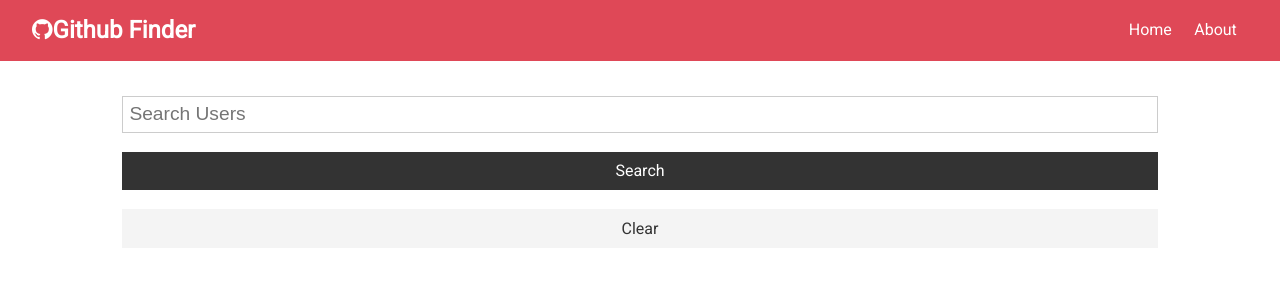
Repository: hemxnt-saini/GitProfile-Visualizer
Page: /
The author's editor kept a copy of each file at every save. The page is drawn from the files as they stood at one save, then again after the next save.
The browser window is 1280 px wide. The pictures show the whole page.
The project was rebuilt for these pictures with package versions that can differ from the ones it lists, and the page was loaded fresh each time. Also part of the build but not shown: next.config.js, src/components/users/UserItem.js, src/components/repos/RepoItem.js, src/components/repos/Repos.js, src/components/users/User.js, src/components/layout/Alert.js, src/components/pages/About.js.

Above is the page before, as saved 2020-07-29 17:27:40.

### public/index.html
<!DOCTYPE html>
<html lang="en">
  <head>
    <meta charset="utf-8" />
    <link rel="icon" href="%PUBLIC_URL%/favicon.ico" />
    <meta name="viewport" content="width=device-width, initial-scale=1" />
    <meta name="theme-color" content="#000000" />
    <meta
      name="description"
      content="Web site created using create-react-app"
    />
    <link rel="apple-touch-icon" href="%PUBLIC_URL%/logo192.png" />

    <link rel="manifest" href="%PUBLIC_URL%/manifest.json" />
    <link
      rel="stylesheet"
      href="https://stackpath.bootstrapcdn.com/font-awesome/4.7.0/css/font-awesome.min.css"
    />
    <title>React App</title>
  </head>
  <body>
    <noscript>You need to enable JavaScript to run this app.</noscript>
    <div id="root"></div>
  </body>
</html>

### src/App.js
import React, { Component, Fragment } from "react";
import "./App.css";
import { BrowserRouter as Router, Switch, Route } from "react-router-dom";
import Navbar from "./components/layout/Navbar";
import Users from "./components/users/Users";
import User from "./components/users/User";
import Search from "./components/users/Search";
import Alert from "./components/layout/Alert";
import About from "./components/pages/About";
import axios from "axios";
class App extends Component {
  state = {
    users: [],
    user: {},
    repos: [],
    loading: false,
    alert: null,
  };
  searchUsers = async (text) => {
    this.setState({ loading: true });
    const res = await axios.get(
      `https://api.github.com/search/users?q=${text}&cliend_id=${process.env.REACT_APP_GITHUB_CLIENT_ID}&client_secret=${process.env.REACT_APP_GITHUB_CLIENT_SECRET}`
    );
    this.setState({
      users: res.data.items,
      loading: false,
    });
  };

  clearUsers = () => {
    this.setState({
      users: [],
    });
  };

  setAlert = (msg, type) => {
    this.setState({ alert: { msg, type } });

    setTimeout(() => this.setState({ alert: null }), 5000);
  };

  getUser = async (username) => {
    const res = await axios.get(`https://api.github.com/users/${username}`);
    this.setState({ user: res.data });
  };

  getUserRepos = async (username) => {
    const res = await axios.get(
      `https://api.github.com/users/${username}/repos?per_page=5&sort=created:asc`
    );
    this.setState({ repos: res.data });
  };

  render() {
    return (
      <Router>
        <div className='App'>
          <Navbar title='Github Finder' />
          <div className='container'>
            <Alert alert={this.state.alert} />
            <Switch>
              <Route
                exact
                path='/'
                render={(props) => (
                  <Fragment>
                    <Search
                      searchUsers={this.searchUsers}
                      clearUsers={this.clearUsers}
                      showClear={this.state.users.length > 0 ? true : false}
                      setAlert={this.setAlert}
                    />
                    <Users
                      users={this.state.users}
                      loading={this.state.loading}
                    />
                  </Fragment>
                )}
              />
              <Route exact path='/about' component={About} />
              <Route
                exact
                path='/user/:login'
                render={(props) => (
                  <User
                    {...props}
                    getUser={this.getUser}
                    getUserRepos={this.getUserRepos}
                    repos={this.state.repos}
                    user={this.state.user}
                  />
                )}
              />
            </Switch>
          </div>
        </div>
      </Router>
    );
  }
}

export default App;

### src/components/layout/Navbar.js
import React from "react";
import { Link } from "react-router-dom";
function Navbar(props) {
  return (
    <nav className='navbar bg-primary '>
      <h1>
        <i className='fa fa-github'></i>
        {props.title}
      </h1>
      <ul>
        <li>
          <Link to='/'>Home</Link>
        </li>
        <li>
          <Link to='/about'>About</Link>
        </li>
      </ul>
    </nav>
  );
}

export default Navbar;

### src/components/users/Users.js
import React, { Component } from "react";
import UserItem from "./UserItem";

class Users extends Component {
  render() {
    return (
      <div style={userStyle}>
        {this.props.users.map((user) => (
          <UserItem key={user.id} user={user} />
        ))}
      </div>
    );
  }
}

const userStyle = {
  display: "grid",
  gridTemplateColumns: "repeat(3,1fr)",
  gridGap: "1rem",
};

export default Users;

### src/components/users/Search.js
import React, { Component } from "react";

class Search extends Component {
  state = {
    text: "",
  };

  onChange = (e) => {
    this.setState({
      text: e.target.value,
    });
  };

  onSubmit = (e) => {
    e.preventDefault();

    if (this.state.text === "") {
      this.props.setAlert("Please Enter Something..!!", "light");
    } else {
      this.props.searchUsers(this.state.text);
      this.setState({
        text: "",
      });
    }
  };

  render() {
    return (
      <div>
        <form onSubmit={this.onSubmit} className='form'>
          <input
            type='text'
            name='text'
            placeholder='Search Users'
            value={this.state.text}
            onChange={this.onChange}
          />
          <input
            type='submit'
            value='Search'
            className='btn btn-dark btn-block'
          />
        </form>
        <button
          className='btn btn-light btn-block'
          onClick={this.props.clearUsers}
        >
          Clear
        </button>
      </div>
    );
  }
}

export default Search;

Loaded but not shown: src/index.js (common file); src/App.css (common file)

After the next save:
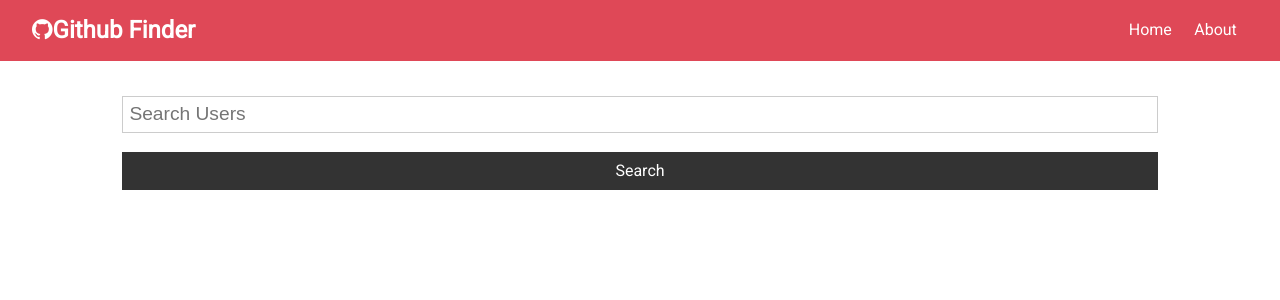
Saved 90 s later.
--- a/src/components/users/Search.js
+++ b/src/components/users/Search.js
@@ -41,12 +41,15 @@
             className='btn btn-dark btn-block'
           />
         </form>
-        <button
-          className='btn btn-light btn-block'
-          onClick={this.props.clearUsers}
-        >
-          Clear
-        </button>
+
+        {this.props.showClear && (
+          <button
+            className='btn btn-light btn-block'
+            onClick={this.props.clearUsers}
+          >
+            Clear
+          </button>
+        )}
       </div>
     );
   }
